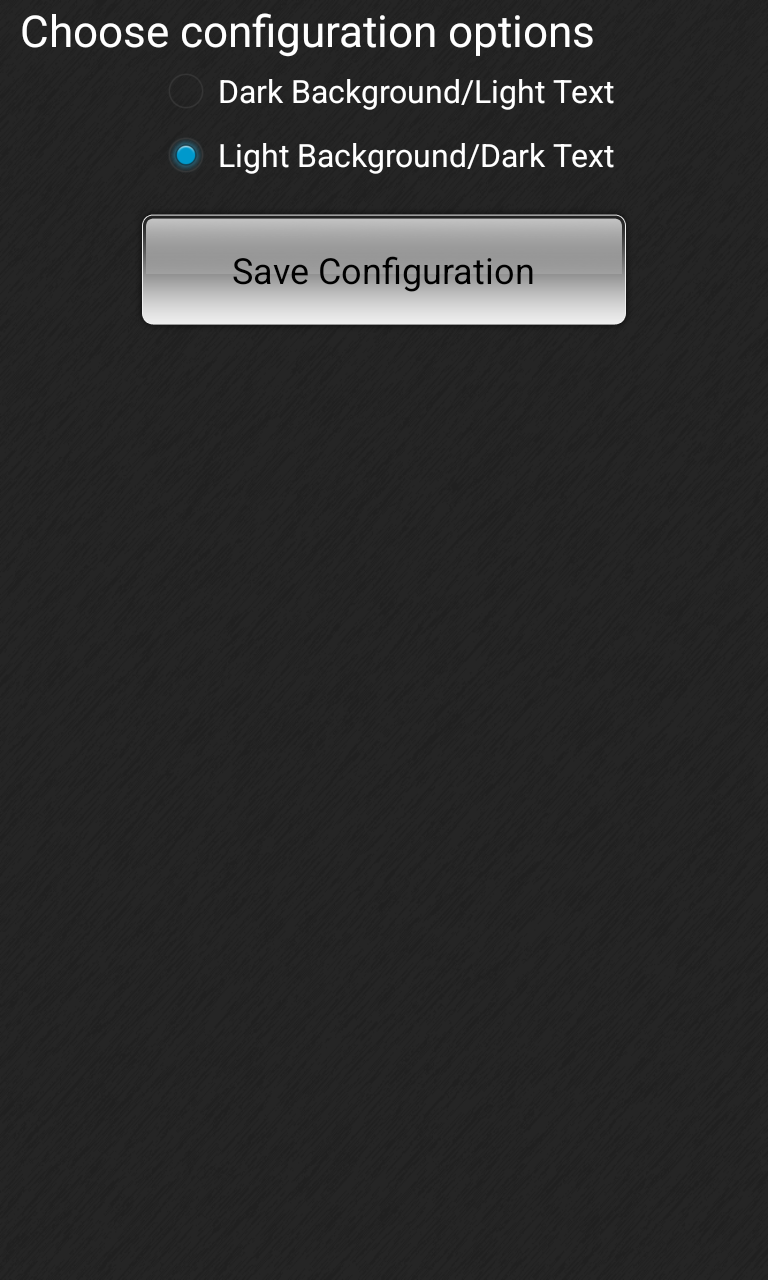
Repository: efreestone/MDF3_Freestone
Layout: MDF3Project3/res/layout/activity_config.xml
The author's editor kept a copy of each file at every save. The layout is drawn from the files as they stood at one save, then again after the next save.
It is drawn on a 768 x 1280 px phone screen (xhdpi) without system bars, with theme AppTheme; the app's code is not run.

Above is the layout before, as saved 2014-07-27 01:41:53.

After the next save:
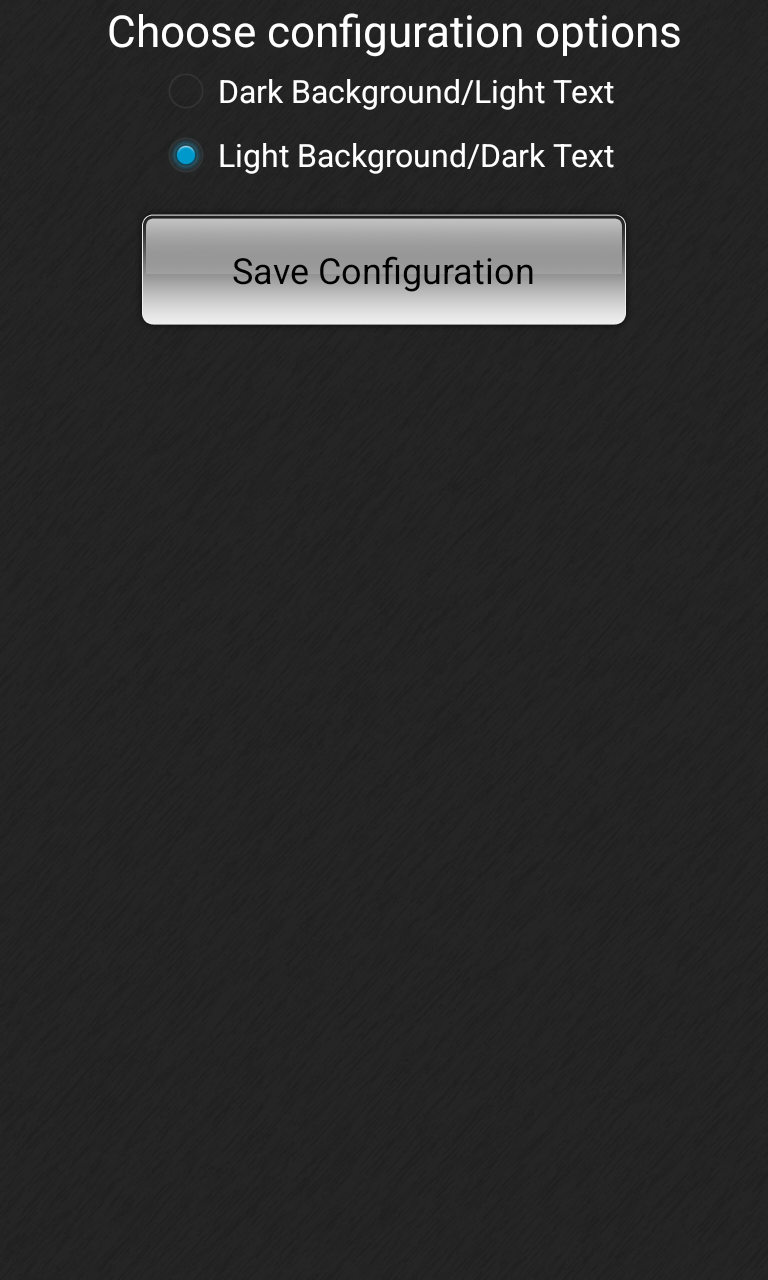
Saved 26 s later.
--- a/MDF3Project3/res/layout/activity_config.xml
+++ b/MDF3Project3/res/layout/activity_config.xml
@@ -10,7 +10,7 @@
         android:layout_width="match_parent"
         android:layout_height="wrap_content"
         android:textAppearance="?android:attr/textAppearanceLarge"
-        android:layout_gravity="center"
+        android:gravity="center"
         android:text="@string/configurationTitle"
         android:paddingLeft="10dp"
         android:textColor="#ffffff"
